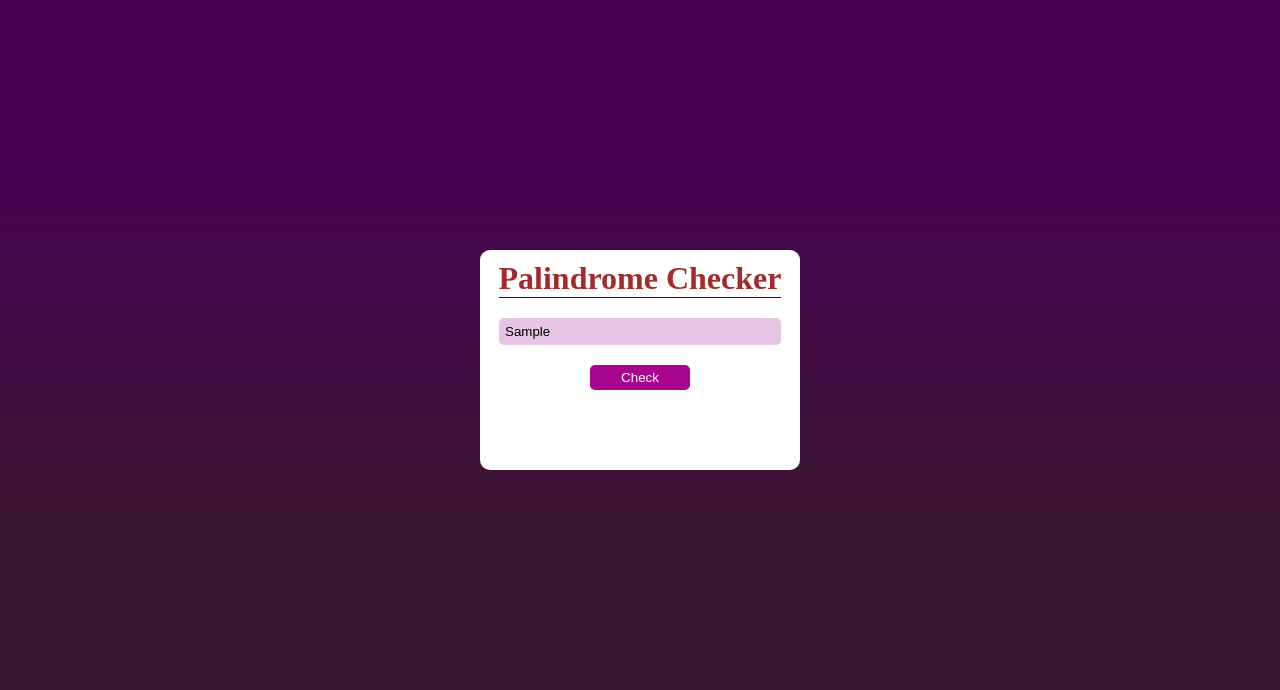
Repository: albinsabu2023/palindromeChecker
Page: index.html
These files come from the project's save history. The page is drawn as it stood at one moment and after the next save; the edit follows.
The browser window is 1280 px wide. The pictures show the whole page.
Empty fields were first filled with sample values (such as "Sample", 5 or name@example.com).
After loading, the first visible `#checkButton` was clicked once.

Above is the page before, as saved 2023-09-12 01:50:17.

After the next save:
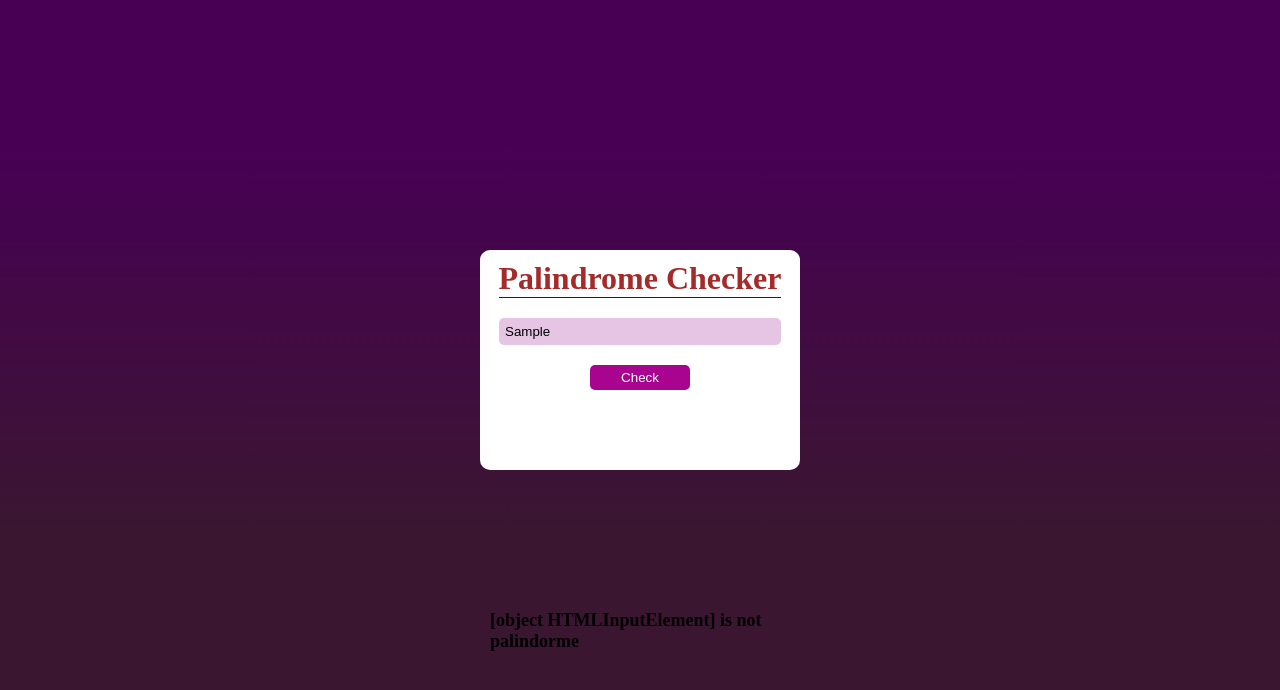
Saved 96 s later.
--- a/home.js
+++ b/home.js
@@ -2,12 +2,16 @@ function isPalindrome(str) {
   const cleanString = str.toLowerCase().replace(/[^a-z0-9]/g, "");
   const reverseStr = cleanString.split("").reverse().join("");
   console.log(reverseStr);
+  return cleanString === reverseStr;
 }
 
 function palindrome() {
   const input = document.getElementById("inputText");
   const result = document.getElementById("result");
   if (isPalindrome(input.value)) {
+    result.textContent = `${input} is palindorme`;
+  } else {
+    result.textContent = `${input} is not palindorme`;
   }
 }
 
